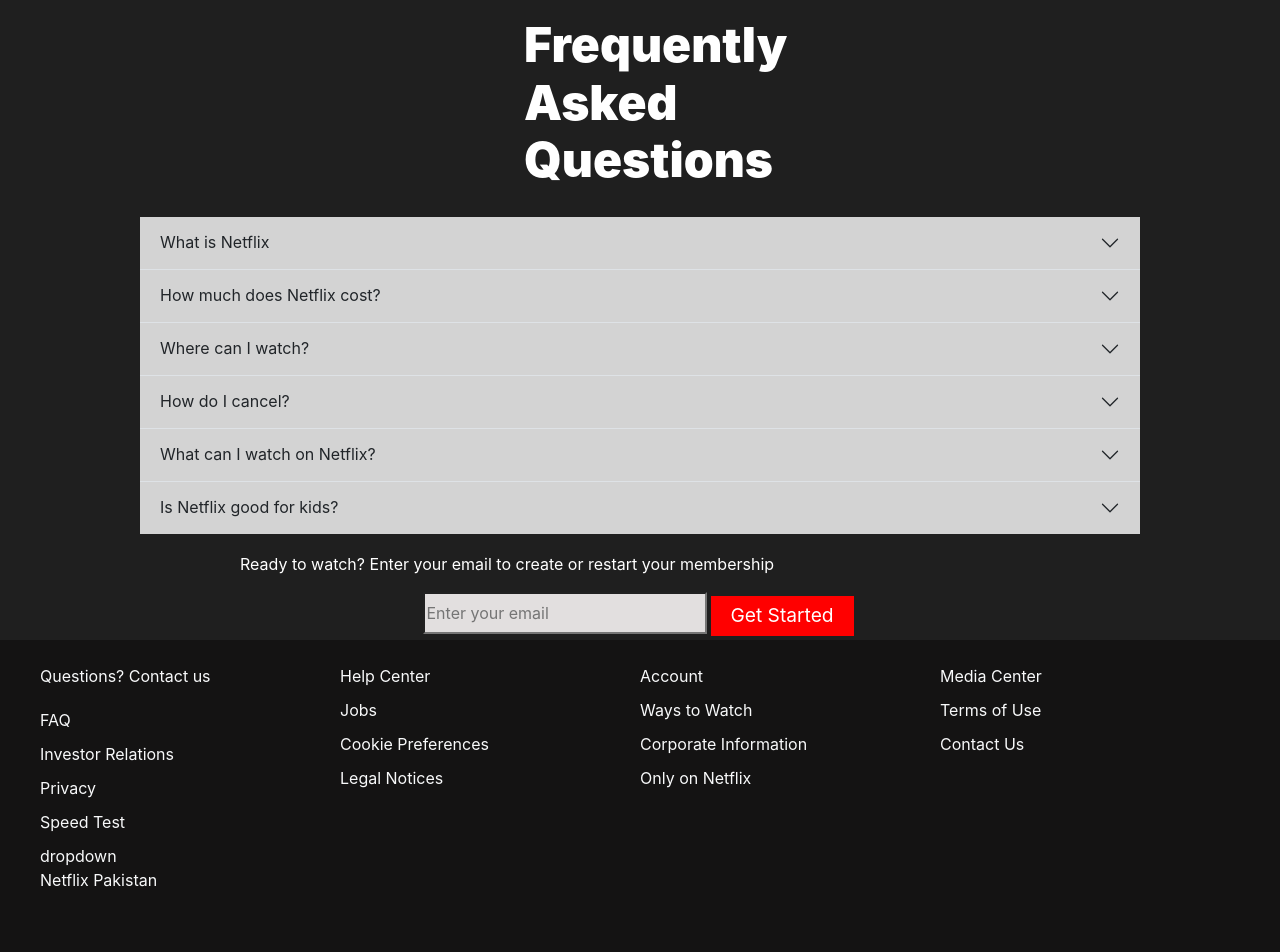
Repository: WajihaGul/Netflix-Clone
Page: /
The author's editor kept a copy of each file at every save. The page is drawn from the files as they stood at one save, then again after the next save.
The browser window is 1280 px wide. The pictures show the part of the page from y = 637 to 1589 px (the page is 1589 px tall).
The project was rebuilt for these pictures with package versions that can differ from the ones it lists, and the page was loaded fresh each time. Also part of the build but not shown: src/App.css.

Above is the page before, as saved 2024-05-24 16:38:16.

After the next save:
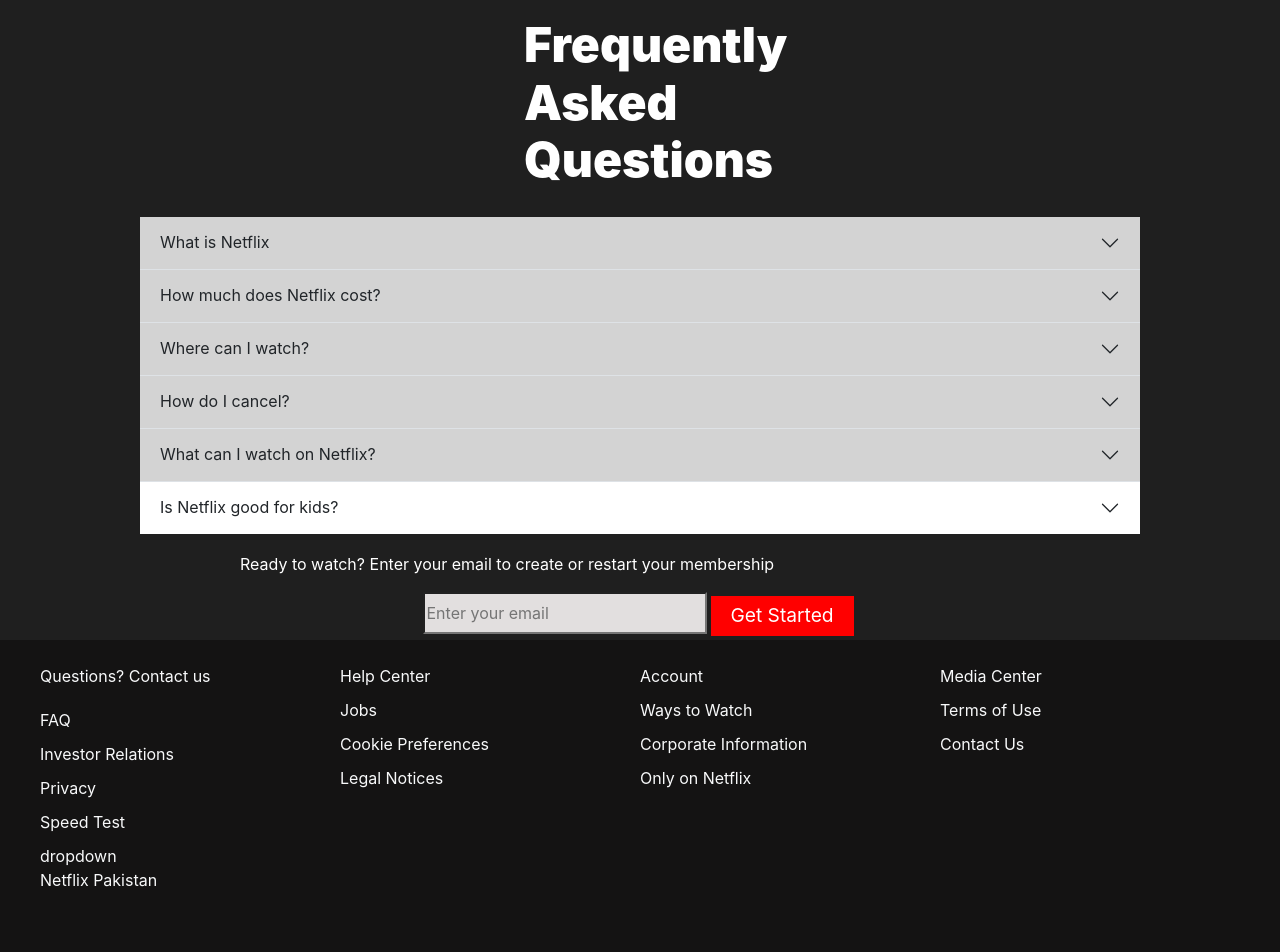
Saved 89 s later.
--- a/src/Components/FAQs/FAQs.jsx
+++ b/src/Components/FAQs/FAQs.jsx
@@ -157,7 +157,7 @@
                 data-bs-target="#flush-collapseThree"
                 aria-expanded="false"
                 aria-controls="flush-collapseThree"
-                style={{ backgroundColor: "lightgray" }}
+                style={{ backgroundColor: "#7e7d7d;" }}
               >
                 Is Netflix good for kids?
               </button>
